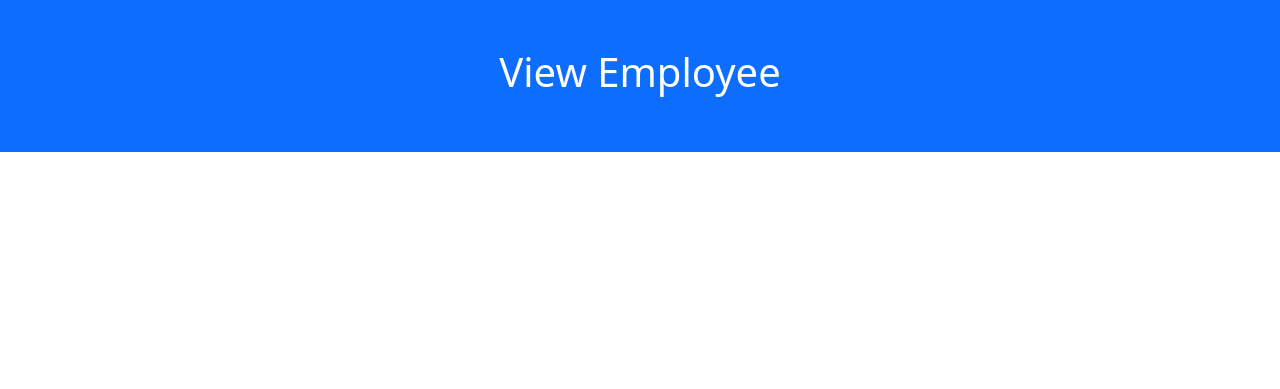
Repository: Rishicollinz/Java_Fullstack
Page: Eclipse 2/jspproject/src/main/webapp/view.html
The author's editor kept a copy of each file at every save. The page is drawn from the files as they stood at one save, then again after the next save.
The browser window is 1280 px wide. The pictures show the whole page.

Above is the page before, as saved 2023-05-18 15:33:10.

### Eclipse 2/jspproject/src/main/webapp/view.html
<!DOCTYPE html>
<html>
<head>
<meta charset="UTF-8">
<title>View Employee</title>
<link href="https://cdn.jsdelivr.net/npm/bootstrap@5.2.3/dist/css/bootstrap.min.css" rel="stylesheet">
  <script src="https://cdn.jsdelivr.net/npm/bootstrap@5.2.3/dist/js/bootstrap.bundle.min.js"></script>

</head>
<body>

<div class="container-fluid p-5 bg-primary text-white text-center">
  <h1>View Employee</h1>
</div>

</body>
</html>

After the next save:
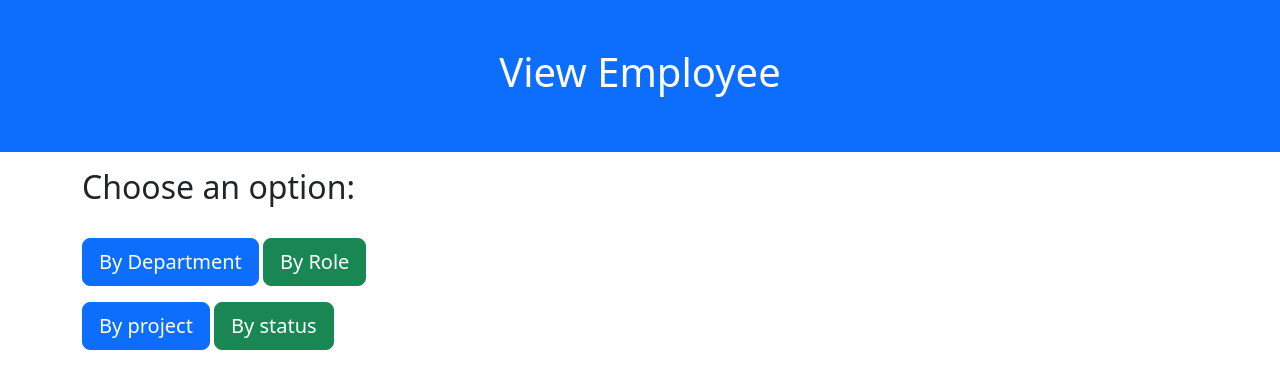
Saved 87 s later.
--- a/Eclipse 2/jspproject/src/main/webapp/view.html
+++ b/Eclipse 2/jspproject/src/main/webapp/view.html
@@ -13,5 +13,15 @@
   <h1>View Employee</h1>
 </div>
 
+<div class="container mt-3">
+  <h2>Choose an option:</h2><br>
+  <a type="button" href="bydept.html" class="btn btn-primary btn-lg">By Department</a>
+  <a type="button" class="btn btn-success btn-lg">By Role</a>
+</div>
+<div class="container mt-3">
+  <a type="button" class="btn btn-primary btn-lg">By project</a>
+  <a type="button" class="btn btn-success btn-lg">By status</a>
+</div>
+
 </body>
 </html>
